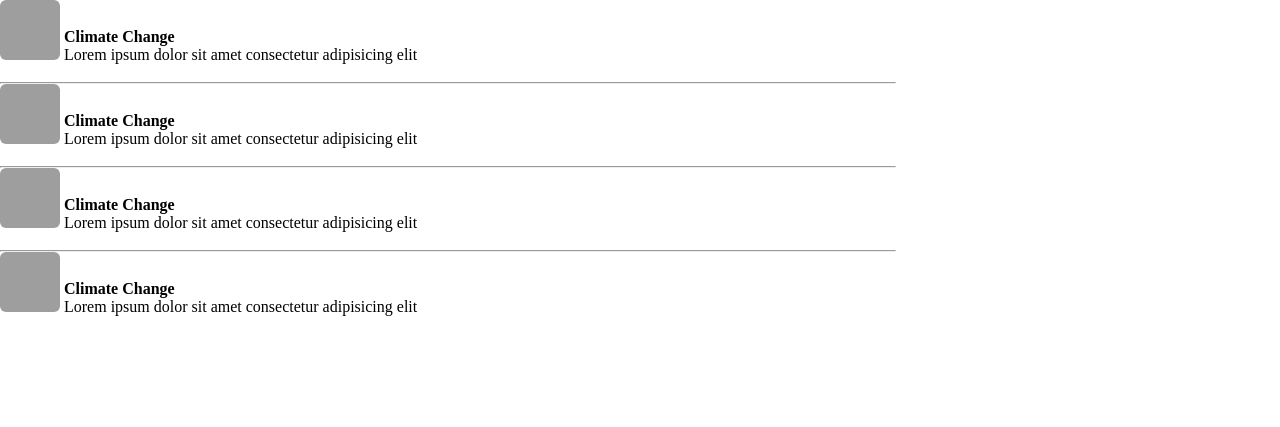
Repository: longNT0dev/C4E132
Page: SS3/index.html
An editor plug-in stored every save of this project. The page is shown before and after the next save, followed by the edit.
The browser window is 1280 px wide. The pictures show the whole page.
Pictures or frames that could not be fetched are drawn as grey boxes.

Above is the page before, as saved 2022-09-28 22:00:37.

After the next save:
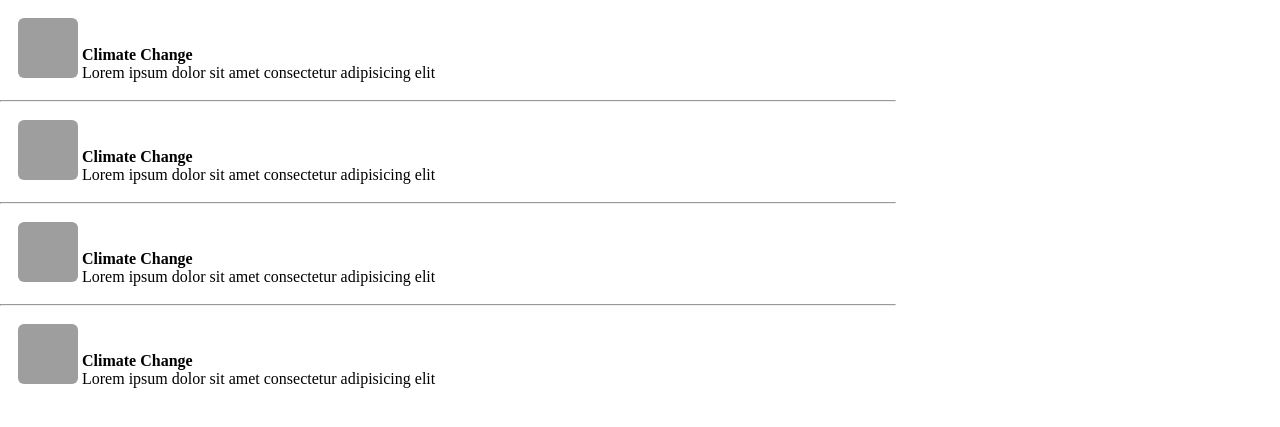
Saved 8 s later.
--- a/SS3/style.css
+++ b/SS3/style.css
@@ -36,7 +36,7 @@
 .item {
     width: 100%;
     height: 23%;
-    margin-bottom: 18px;
+    margin: 18px;
 }
 
 .item img {
